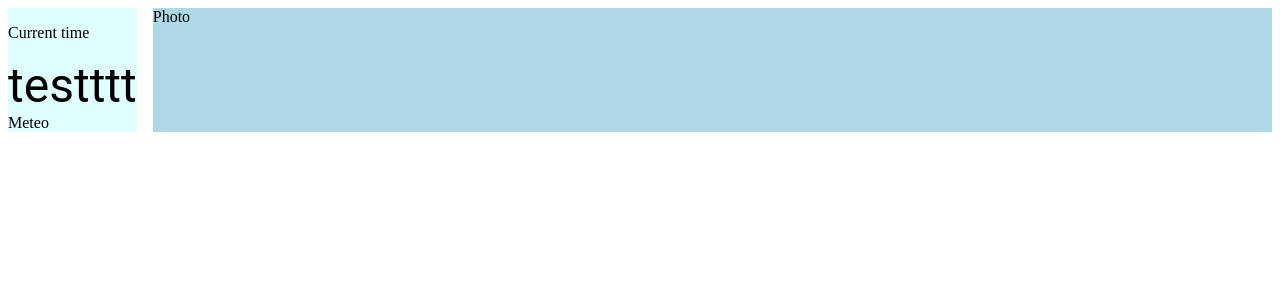
Repository: songvi/meteo
Page: /
The author's editor kept a copy of each file at every save. The page is drawn from the files as they stood at one save, then again after a run of saves.
The browser window is 1280 px wide. The pictures show the whole page.
The project was rebuilt for these pictures with package versions that can differ from the ones it lists, and the page was loaded fresh each time. Also part of the build but not shown: src/App.css.

Above is the page before, as saved 2023-04-02 23:18:06.

### src/App.tsx
import React from 'react';
import logo from './logo.svg';
import './App.css';
import Navbar from './app/Navbar';

function App() {
  return (
    <Navbar />
  );
}

export default App;

### src/app/Navbar.tsx
import { Box, Stack } from '@mui/material'
import Meteo from '../features/meteo/Meteo'
import Photo from '../features/media/Photo'
import Datetime from '../features/datetime/Datetime'

const Navbar = () => {
    return (
        <Box>
            <Stack direction={'row'} spacing={2} justifyContent={'center'}>
                <Stack direction={'column'} sx={{ bgcolor: 'lightcyan' }}>
                    <Datetime />
                    <Meteo />
                </Stack>
                <Photo />
            </Stack>
        </Box>
    )
}

export default Navbar

### src/features/meteo/Meteo.tsx
import { Box } from '@mui/material';
import React from 'react';

const Meteo = () => {
  return (
    <Box>Meteo</Box>
  )
}

export default Meteo

### src/features/media/Photo.tsx
import { Box } from '@mui/material'
import React from 'react'

const Photo = () => {
  return (
    <Box flex={4}  sx={{ backgroundColor: 'lightblue' }}>Photo</Box>
  )
}

export default Photo

### src/features/datetime/Datetime.tsx
import Clock from 'react-clock'
import { Box, Typography } from '@mui/material'
import { useEffect } from 'react';
import { useState } from 'react';

const Datetime = () => {
    const [value, setValue] = useState(new Date());

    useEffect(() => {
        const interval = setInterval(() => setValue(new Date()), 1000)

        return () => { clearInterval(interval); }
    }, [])

    return (
        <Box >
            <p>Current time</p>
            <Typography variant='h3'>testttt</Typography>
        </Box>
    )
}

export default Datetime

Loaded but not shown: public/index.html (common file); src/index.tsx (common file)

After the next 9 saves:
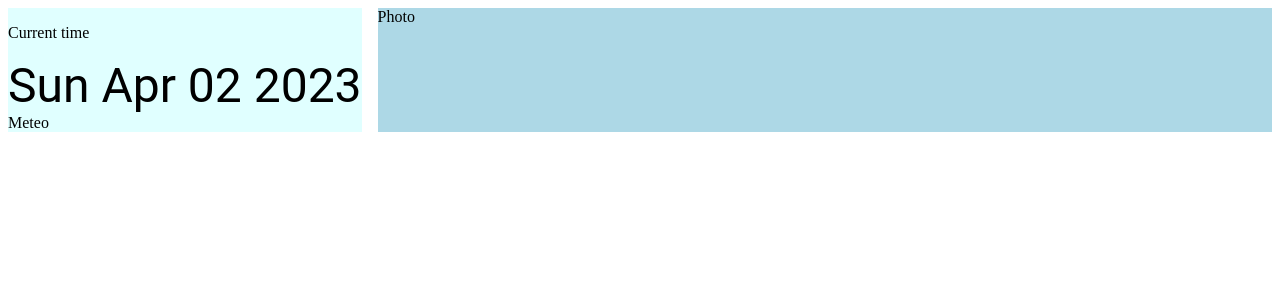
The 9 saves are shown as one change because 3 did not build or start and some came seconds apart.
The last was saved 41 s later.
--- a/src/features/datetime/Datetime.tsx
+++ b/src/features/datetime/Datetime.tsx
@@ -15,7 +15,7 @@ const Datetime = () => {
     return (
         <Box >
             <p>Current time</p>
-            <Typography variant='h3'>testttt</Typography>
+            <Typography variant='h3'>{value? value.toDateString(): ""}</Typography>
         </Box>
     )
 }
